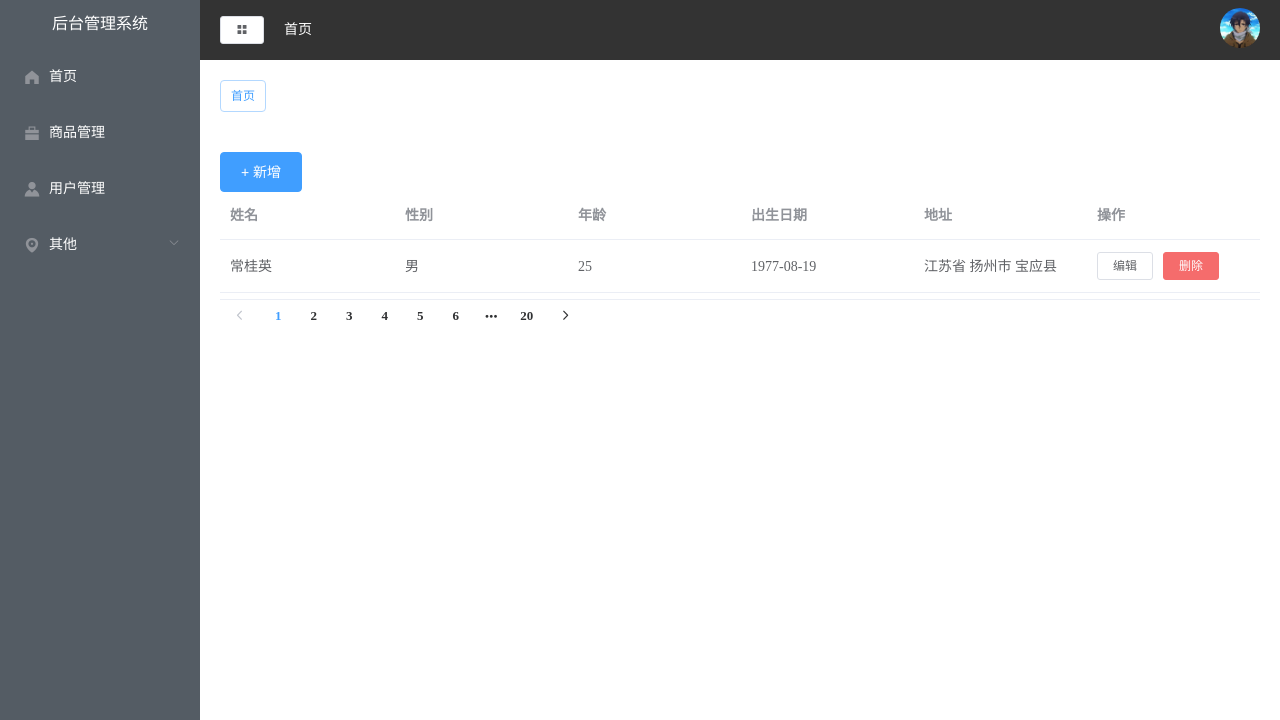
Repository: ldqml/ldqml.github.io
Page: /#/user
These files come from the project's save history. The page is drawn as it stood at one moment and after the next save; the edit follows.
The browser window is 1280 px wide. The pictures show the whole page.
The project was rebuilt for these pictures with package versions that can differ from the ones it lists, and the page was loaded fresh each time. Also part of the build but not shown: vue.config.js, src/views/Home.vue, src/views/Mall.vue, src/views/PageOne.vue, src/views/PageTwo.vue.

Above is the page before, as saved 2022-11-11 17:17:40.

### src/main.js
import Vue from 'vue'
import App from './App.vue'
import ElementUi from 'element-ui'
import 'element-ui/lib/theme-chalk/index.css'
import router from './router'
import store from './store'
import './api/mock'

Vue.use(ElementUi)
Vue.config.productionTip = false

new Vue({
  router,
  store,
  render: h => h(App),
}).$mount('#app')

### src/App.vue
<template>
  <div id="app">
    <!-- <el-row>
      <el-button disabled>默认按钮</el-button>
      <el-button type="primary" disabled>主要按钮</el-button>
      <el-button type="success" disabled>成功按钮</el-button>
      <el-button type="info" disabled>信息按钮</el-button>
      <el-button type="warning" disabled>警告按钮</el-button>
      <el-button type="danger" disabled>危险按钮</el-button>
    </el-row> -->
    <router-view></router-view>
  </div>
</template>

<script>
export default {
  name: "App",
  components: {},
};
</script>

<style lang="less">
html, body,h3,p{
  margin: 0;
  padding: 0;
}
</style>

### src/router/index.js
import Vue from 'vue'
import VueRouter from 'vue-router'
import User from '../views/User.vue'
import Home from '../views/Home.vue'
import Main from '../views/Main.vue'
import Mall from '../views/Mall.vue'
import PageOne from '../views/PageOne.vue'
import PageTwo from '../views/PageTwo.vue'

Vue.use(VueRouter)

const routes = [
    {
        path:'/',
        component:Main,
        redirect:'/home',
        children:[
            {
                path:'/',
                name:'home',
                component: Home
            },
            {
                path:'/user',
                name:'user',
                component: User
            },
            {
                path:'/mall',
                name:'mall',
                component: Mall
            },
            {
                path:'/page1',
                name:'page1',
                component: PageOne
            },
            {
                path:'/page2',
                name:'page2',
                component: PageTwo
            }
        ]
    }
]

const router = new VueRouter({
    routes
})

export default router

### src/store/index.js
import Vue from 'vue'
import Vuex from 'vuex'
import tab from './tab'

Vue.use(Vuex)

export default new Vuex.Store({
    modules:{
        tab
    }
})

### src/api/mock.js
import Mock from 'mockjs'
import homeApi from './mockServe/home'
import userApi from './mockServe/user'

Mock.mock('/api/home/getDate',homeApi.getStateDate)
Mock.mock('/api/user/add','post',userApi.createUser)
Mock.mock('/api/user/edit','post',userApi.updateUser)
Mock.mock('/api/user/del','post',userApi.deleteUser)
Mock.mock(/api\/user\/getUser/,userApi.getUserList)

### src/views/User.vue
<template>
  <div class="manage">
    <el-dialog
      title="提示"
      :visible.sync="dialogVisible"
      width="35%"
      :before-close="handleClose"
    >
      <el-form
        ref="form"
        :rules="rules"
        :inline="true"
        :model="form"
        label-width="80px"
      >
        <el-form-item label="姓名" prop="name">
          <el-input placeholder="请输入姓名" v-model="form.name"></el-input>
        </el-form-item>
        <el-form-item label="年龄" prop="age">
          <el-input placeholder="请输入年龄" v-model="form.age"></el-input>
        </el-form-item>
        <el-form-item label="性别" prop="sex">
          <el-select v-model="form.sex" placeholder="请选择">
            <el-option label="男" :value="1"></el-option>
            <el-option label="女" :value="0"></el-option>
          </el-select>
        </el-form-item>
        <el-form-item label="出生日期" prop="birth">
          <el-col :span="11">
            <el-date-picker
              type="date"
              placeholder="选择日期"
              v-model="form.birth"
              value-format="yyyy-MM-dd"
            ></el-date-picker>
          </el-col>
        </el-form-item>
        <el-form-item label="地址" prop="addr">
          <el-input placeholder="请输入地址" v-model="form.addr"></el-input>
        </el-form-item>
      </el-form>
      <span slot="footer" class="dialog-footer">
        <el-button @click="canc">取 消</el-button>
        <el-button type="primary" @click="submit">确 定</el-button>
      </span>
    </el-dialog>
    <div class="manage-header">
      <el-button @click="newMessage()" type="primary"> + 新增 </el-button>
    </div>
    <div class="common-tabel">
          <el-table height="90%" :data="tableData" style="width: 100%">
        <el-table-column prop="name" label="姓名"> </el-table-column>
        <el-table-column prop="sex" label="性别">
          <template slot-scope="scope">
            <span>
              {{ scope.row.sex == 1 ? "男" : "女" }}
            </span>
          </template>
        </el-table-column>
        <el-table-column prop="age" label="年龄"> </el-table-column>
        <el-table-column prop="birth" label="出生日期"> </el-table-column>
        <el-table-column prop="addr" label="地址"> </el-table-column>
        <el-table-column prop="sex" label="操作">
          <template slot-scope="scope">
            <el-button size="mini" @click="handleEdit(scope.row)"
              >编辑</el-button
            >
            <el-button
              type="danger"
              size="mini"
              @click="handleDelete(scope.row)"
              >删除</el-button
            >
          </template>
        </el-table-column>
    </el-table>
    <div class="pager">
      <el-pagination
    layout="prev, pager, next"
    :total="total"
    @current-change='handlePage'>
    </el-pagination>
    </div>
    </div>
  </div>
</template>
<script>
import { getUser, addUser, editUser, delUser } from "../api";
export default {
  data() {
    return {
      dialogVisible: false,
      form: {
        name: "",
        age: "",
        sex: "",
        birth: "",
        addr: "",
      },
      rules: {
        name: [{ required: true, message: "请输入姓名" }],
        age: [{ required: true, message: "请输入年龄" }],
        sex: [{ required: true, message: "请选择性别" }],
        birth: [{ required: true, message: "请选择生日" }],
        addr: [{ required: true, message: "请输入地址" }],
      },
      tableData: [],
      editOrNew: 0,
      total : 0,
      pageData:{
        page:1,
        limit:10
      }
    };
  },
  methods: {
    submit() {
      this.$refs.form.validate((valid) => {
        if (valid) {
          if (this.editOrNew === 0) {
            addUser(this.form).then(() => {
              this.getList();
            });
          } else {
            editUser(this.form).then(() => {
              this.getList();
            });
          }
          this.$refs.form.resetFields();
          this.dialogVisible = false;
        }
      });
    },
    handleClose() {
      this.$refs.form.resetFields(), (this.dialogVisible = false);
    },
    canc() {
      this.handleClose();
    },
    handleEdit(row) {
      this.editOrNew = 1;
      this.dialogVisible = true;
      this.form = JSON.parse(JSON.stringify(row));
    },
    handleDelete(row) {
      this.$confirm("此操作将永久删除信息, 是否继续?", "提示", {
        confirmButtonText: "确定",
        cancelButtonText: "取消",
        type: "warning",
      })
        .then(() => {
          delUser({ id: row.id }).then(() => {
            this.$message({
              type: "success",
              message: "删除成功!",
            });
            this.getList();
          });
        })
        .catch(() => {
          this.$message({
            type: "info",
            message: "已取消删除",
          });
        });
    },
    newMessage() {
      this.dialogVisible = true;
      this.editOrNew = 0;
    },
    getList() {
      getUser({params:this.pageData}).then(({ data }) => {
        console.log(data);
        this.tableData = data.list;
        this.total = data.count || 0;
      });
    },
    handlePage(val){
      this.pageData.page = val
      this.getList()
    }
  },
  mounted() {
    this.getList();
  },
};
</script>

<style lang="less" scoped>
.manage{
  height: 90%;
}
</style>

### src/views/Main.vue
<template>
  <div>
    <el-container>
      <el-aside width="auto">
        <com-aside></com-aside>
      </el-aside>
      <el-container>
        <el-header>
          <com-header></com-header>
        </el-header>
        <common-tag></common-tag>
        <el-main>
            <router-view></router-view>
        </el-main>
      </el-container>
    </el-container>
  </div>
</template>
<script>
import ComAside from '../components/ComAside.vue'
import ComHeader from '../components/ComHeader.vue'
import CommonTag from '../components/CommonTag.vue'
export default {
  data() {
    return {}
  },
  components:{
    ComAside,
    ComHeader,
    CommonTag
  }
};
</script>

<style scoped>
.el-header{
  padding: 0;
}
</style>

### src/store/tab.js
export default{
    state:{
        isCollapse:false,
        tabsList:[
            {
                path: '/',
                name: 'home',
                label: '首页',
                icon: 's-home',
                url: 'Home/Home'
              }
        ]
    },
    mutations:{
        collapseMenu(state){
            state.isCollapse= !state.isCollapse
        },
        selectMenu(state,val){
            if(val.name !== 'home'){
                const index = state.tabsList.findIndex(item => item.name === val.name);
                if(index === -1){
                    state.tabsList.push(val)
                }
            }
        },
        closeTag(state,item){
            console.log(item,'item')
            const index = state.tabsList.findIndex(val => val.name === item.name)
            state.tabsList.splice(index,1)
        }
    }
}

### src/api/mockServe/home.js
import Mock from 'mockjs'

let List = []
export default {
    getStateDate:()=>{
        for(let i=0; i<7;i++){
            List.push(
                Mock.mock({
                    苹果:Mock.Random.float(100,8000,0,0),
                    vivo:Mock.Random.float(100,8000,0,0),
                    OPPO:Mock.Random.float(100,8000,0,0),
                    华为:Mock.Random.float(100,8000,0,0),
                    三星:Mock.Random.float(100,8000,0,0),
                    小米:Mock.Random.float(100,8000,0,0)
                })
            )
        }
        return {
            code:20000,
            data:{
                videData:[
                    {
                        name:'小米',
                        value:2999
                    },
                    {
                        name:'苹果',
                        value:2000
                    },
                    {
                        name:'vivo',
                        value:1699
                    },
                    {
                        name:'OPPO',
                        value:4999
                    },
                    {
                        name:'华为',
                        value:3699
                    },
                    {
                        name:'三星',
                        value:2499
                    }
                ],
                userData:[
                    {
                        date:'周一',
                        new:5,
                        active:200
                    },
                    {
                        date:'周二',
                        new:5,
                        active:500
                    },
                    {
                        date:'周三',
                        new:20,
                        active:550
                    },
                    {
                        date:'周四',
                        new:66,
                        active:600
                    },
                    {
                        date:'周五',
                        new:20,
                        active:100
                    },
                    {
                        date:'周六',
                        new:65,
                        active:400
                    },
                    {
                        date:'周日',
                        new:10,
                        active:300
                    }
                ],
                orderData:{
                    date:[],
                    data:List
                },
                tableData:[
                    {
                        name:'vivo',
                        todayBuy:200,
                        monthBuy:550,
                        totalBuy:22400
                    },
                    {
                        name:'OPPO',
                        todayBuy:300,
                        monthBuy:250,
                        totalBuy:29400
                    },
                    {
                        name:'苹果',
                        todayBuy:100,
                        monthBuy:150,
                        totalBuy:42400
                    },
                    {
                        name:'三星',
                        todayBuy:400,
                        monthBuy:450,
                        totalBuy:12400
                    },
                    {
                        name:'华为',
                        todayBuy:400,
                        monthBuy:650,
                        totalBuy:32400
                    },
                    {
                        name:'小米',
                        todayBuy:300,
                        monthBuy:450,
                        totalBuy:62400
                    }
                ]
            }
        }
    }
}

### src/api/mockServe/user.js
import Mock from "mockjs";

function param2Obj(url){
    const search = url.split('?')[1]
    if(!search){
        return {}
    }
    return JSON.parse(
        '{"'+
        decodeURIComponent(search)
        .replace(/"/g, '\\"')
        .replace(/&/g,'","')
        .replace(/=/g,'":"') +
        '"}'
    )
}

let List = []
const count = 200
for(let i = 0; i < count; i++){
    List.push(
        Mock.mock({
            id:Mock.Random.guid(),
            name:Mock.Random.cname(),
            addr:Mock.mock('@county(true)'),
            'age|18-60':1,
            birth:Mock.Random.date(),
            sex:Mock.Random.integer(0,1)
        })
    )
}

export default {
    getUserList: config =>{
        const {name,page =1,limit =20} = param2Obj(config.url)
        console.log('name:'+name,'page:'+page,'分页大小limit:' +limit)
        const mockList = List.filter(user=>{
            if(name&&user.name.indexOf(name)===-1&&user.addr.indexOf(name)===-1) return false
            return true
        })
        const pageList =mockList.filter((item,index)=>index<limit*page&&index>=limit*(page-1))
        return{
            code:20000,
            count:mockList.length,
            list:pageList
        }
    },
    createUser:config=>{
        const {name,addr,age,birth,sex} = JSON.parse(config.body)
        console.log(JSON.parse(config.body))
        List.unshift({
            id:Mock.Random.guid(),
            name:name,
            addr:addr,
            age:age,
            birth:birth,
            sex:sex
        })
        return{
            code:20000,
            date:{
                message:'添加成功'
            }
        }
    },
    deleteUser:config=>{
        const {id} = JSON.parse(config.body)
        if(!id){
            return{
                code:-999,
                message:'参数不正确'
            }
        }else{
            List= List.filter(u => u.id !== id)
            return{
                code:20000,
                message:'删除成功'
            }
        }
    },
    batchremove:config=>{
        let {ids} = param2Obj(config.url)
        ids = ids.split(',')
        List = List.filter(u => !ids.includes(u.id))
        return{
            code:20000,
            data:{
                message:'批量删除成功'
            }
        }
    },
    updateUser:config=>{
        const {id,name,addr,birth,sex,age} = JSON.parse(config.body)
        const sex_num = parseInt(sex)
        List.some(u =>{
            if(u.id === id){
                u.name = name
                u.addr = addr
                u.birth = birth
                u.sex = sex_num
                u.age = age
                return true
            }
        })
        return{
            code:20000,
            data:{
                message:'编辑成功'
            }
        }
    }
}

### src/api/index.js
import http from './request'

export const getDate =() =>{
    return http.get('/home/getDate')
}

export const getUser =(params) =>{
    return http.get('/user/getUser',params)
}

export const addUser =(data) =>{
    return http.post('/user/add',data)
}

export const editUser =(data) =>{
    return http.post('/user/edit',data)
}

export const delUser =(data) =>{
    return http.post('/user/del',data)
}

### src/components/ComAside.vue
<template>
  <el-menu
    default-active="1-4-1"
    class="el-menu-vertical-demo"
    @open="handleOpen"
    @close="handleClose"
    :collapse="isCollapse"
    background-color="#545c64"
    text-color="#fff"
    active-text-color="#ffd04b"
  >
    <h3>{{isCollapse ? '后台' : '后台管理系统'}}</h3>
    <el-menu-item @click="toPage(item)" v-for="item in noChildren" :key='item.name' :index="item.name">
      <i :class="`el-icon-${item.icon}`"></i>
      <span slot="title">{{item.label}}</span>
    </el-menu-item>
    <el-submenu v-for="item in hasChildren" :key="item.label" :index="item.label">
      <template slot="title">
        <i class="el-icon-location"></i>
        <span slot="title">{{item.label}}</span>
      </template>
      <el-menu-item-group>
        <el-menu-item @click="toPage(subitem)" v-for="subitem in item.children" :key="subitem.name" :index="subitem.name">{{subitem.label}}</el-menu-item>
      </el-menu-item-group>
    </el-submenu>
  </el-menu>
</template>

<style lang="less" scoped>
.el-menu-vertical-demo:not(.el-menu--collapse) {
  width: 200px;
  min-height: 400px;
}
.el-menu{
  height: 100vh;
  h3{
    color: #fff;
    text-align: center;
    line-height: 48px;
    font-size: 16px;
    font-weight: 400;
  }
}
</style>

<script>
export default {
  data() {
    return {
      menuDate:[
        {
          path: '/',
          name: 'home',
          label: '首页',
          icon: 's-home',
          url: 'Home/Home'
        },
        {
          path: '/mall',
          name: 'mall',
          label: '商品管理',
          icon: 's-cooperation',
          url: 'MallManage/MallManage'
        },
        {
          path: '/user',
          name: 'user',
          label: '用户管理',
          icon: 's-custom',
          url: 'UserManage/UserManage'
        },
        {
          label: '其他',
          icon: 'location',
          children: [
            {
              path: '/page1',
              name: 'page1',
              label: '首页1',
              icon: 'setting',
              url: 'Other/PageOne'
            },
            {
              path: '/page2',
              name: 'page2',
              label: '首页2',
              icon: 'setting',
              url: 'Other/PageTwo'
            }
          ]
        }
      ]
    };
  },
  methods: {
    handleOpen(key, keyPath) {
      console.log(key, keyPath);
    },
    handleClose(key, keyPath) {
      console.log(key, keyPath);
    },
    toPage(item){
      if(this.$route.path != item.path && !(this.$route.path === '/home' && (item.path === '/'))){
        this.$router.push(item.path)
      }
      this.$store.commit('selectMenu',item)
    }
  },
  computed:{
    noChildren(){
        return this.menuDate.filter(item => !item.children)
    },
    hasChildren(){
        return this.menuDate.filter(item => item.children)
    },
    isCollapse(){
      return this.$store.state.tab.isCollapse
    }
  }
};
</script>

<style lang="less" scoped>
.el-menu{
  border-right: none;
}
</style>

### src/components/ComHeader.vue
<template>
  <div class="header-container">
    <div class="l-content">
      <el-button style="margin-right:20px" @click="handMenu" icon="el-icon-menu" size="mini"></el-button>
      <el-breadcrumb separator="/">
        <el-breadcrumb-item v-for="item in tags" :key="item.path" :to="{ path: item.path }">{{item.label}}</el-breadcrumb-item>
      </el-breadcrumb>
    </div>
    <div class="r-content">
      <el-dropdown>
        <span class="el-dropdown-link">
          <img class="user" src="../images/1.jpeg" alt="" />
        </span>
        <el-dropdown-menu slot="dropdown">
          <el-dropdown-item>个人中心</el-dropdown-item>
          <el-dropdown-item>退出</el-dropdown-item>
        </el-dropdown-menu>
      </el-dropdown>
    </div>
  </div>
</template>
<script>
import {mapState} from 'vuex'
export default {
  data() {
    return {};
  },
  methods: {
    handMenu() {
      this.$store.commit("collapseMenu");
    },
  },
  computed:{
    ...mapState({
      tags:state=>state.tab.tabsList
    })
  }
};
</script>

<style lang="less" scoped>
.header-container {
  padding: 0 20px;
  background-color: #333;
  height: 60px;
  display: flex;
  justify-content: space-between;
  align-items: center;
  .text {
    color: #fff;
    font-size: 14px;
    margin-left: 10px;
  }
  .r-content {
    .user {
      width: 40px;
      height: 40px;
      border-radius: 50%;
    }
  }
  .l-content {
    display: flex;
    align-items: center;
    /deep/.el-breadcrumb__item{
      .el-breadcrumb__inner{
        font-weight: normal;
        &.is-link{
          color: #666;
        }
      }
      &:last-child{
        .el-breadcrumb__inner{
          color: #fff;
        }
      }
    }
  }
}
</style>

### src/components/CommonTag.vue
<template>
  <div class="tabs">
    <el-tag
      v-for="(item,index) in tags"
      :key="item.path"
      :closable="item.name !== 'home'"
      :type="item.type"
      :effect="$route.name === item.name ? 'dark' : 'plain'"
      @click="changMenu(item)"
      @close="handleClose(item,index)"
    >
      {{ item.label }}
    </el-tag>
  </div>
</template>

<script>
import {mapState} from 'vuex'
import {mapMutations} from 'vuex'
export default {
    name:'ComTag',
    data() {
        return {

        }
    },
    computed:{
        ...mapState({
            tags:state=>state.tab.tabsList
        })
    },
    methods:{
      ...mapMutations(['closeTag']),
      changMenu(item){
        this.$router.push({name:item.name})
      },
      handleClose(item,index){
        this.closeTag(item)
        const length = this.tags.length
        if(item.name !== this.$route.name){
          return
        }
        if(index == length){
          this.$router.push({
            name:this.tags[index-1].name
          })
        }else{
          this.$router.push({
            name:this.tags[index].name
          })
        }
      }
    }
}
</script>

<style lang="less" scoped>
.tabs{
  padding: 20px;
  .el-tag{
    margin-right: 15px;
    cursor: pointer;
  }
}
</style>

### src/api/request.js
import axios from "axios";

const http = axios.create({
    baseURL:'/api',
    timeout:5000
})

http.interceptors.request.use(function(config){
    return config
},function(error){
    return Promise.reject(error)
})

http.interceptors.response.use(function(response){
    return response
},function(error){
    return Promise.reject(error)
})
export default http

Loaded but not shown: public/index.html (common file)

After the next save:
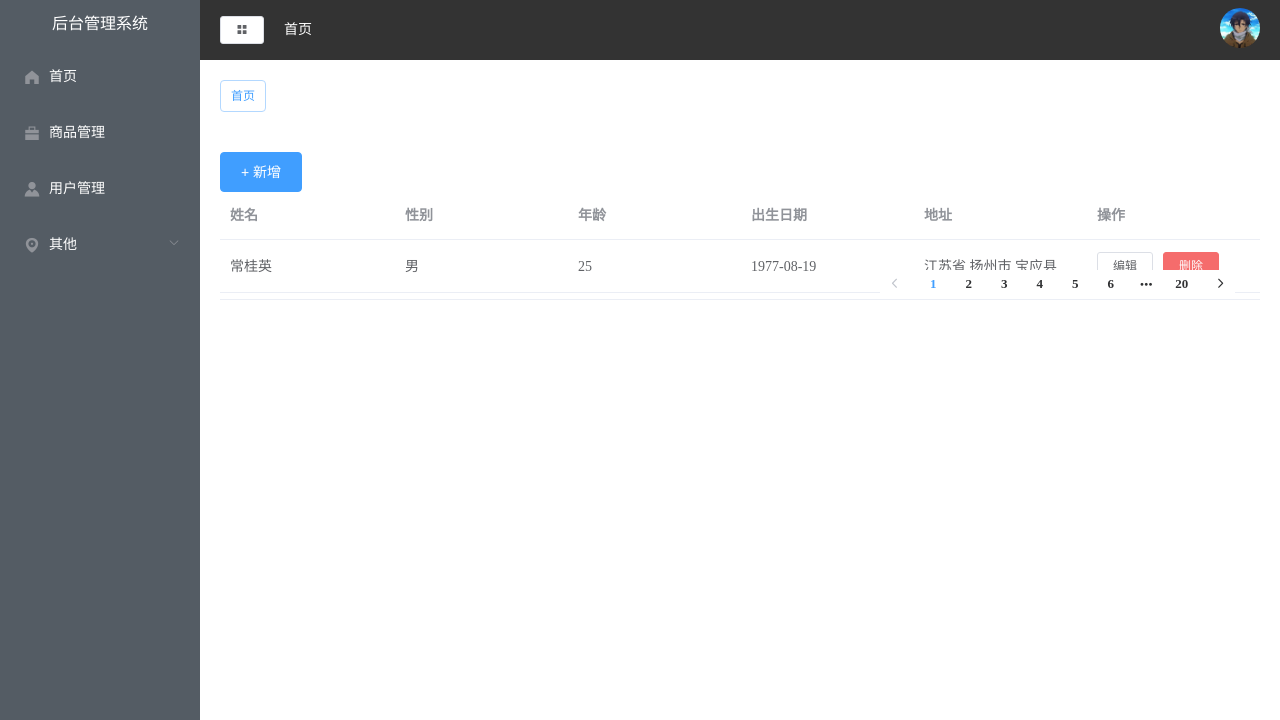
Saved 3 min 6 s later.
--- a/src/views/User.vue
+++ b/src/views/User.vue
@@ -48,7 +48,7 @@
       <el-button @click="newMessage()" type="primary"> + 新增 </el-button>
     </div>
     <div class="common-tabel">
-          <el-table height="90%" :data="tableData" style="width: 100%">
+      <el-table height="90%" :data="tableData" style="width: 100%">
         <el-table-column prop="name" label="姓名"> </el-table-column>
         <el-table-column prop="sex" label="性别">
           <template slot-scope="scope">
@@ -73,14 +73,15 @@
             >
           </template>
         </el-table-column>
-    </el-table>
-    <div class="pager">
-      <el-pagination
-    layout="prev, pager, next"
-    :total="total"
-    @current-change='handlePage'>
-    </el-pagination>
-    </div>
+      </el-table>
+      <div class="pager">
+        <el-pagination
+          layout="prev, pager, next"
+          :total="total"
+          @current-change="handlePage"
+        >
+        </el-pagination>
+      </div>
     </div>
   </div>
 </template>
@@ -106,11 +107,11 @@ export default {
       },
       tableData: [],
       editOrNew: 0,
-      total : 0,
-      pageData:{
-        page:1,
-        limit:10
-      }
+      total: 0,
+      pageData: {
+        page: 1,
+        limit: 10,
+      },
     };
   },
   methods: {
@@ -169,16 +170,16 @@ export default {
       this.editOrNew = 0;
     },
     getList() {
-      getUser({params:this.pageData}).then(({ data }) => {
+      getUser({ params: this.pageData }).then(({ data }) => {
         console.log(data);
         this.tableData = data.list;
         this.total = data.count || 0;
       });
     },
-    handlePage(val){
-      this.pageData.page = val
-      this.getList()
-    }
+    handlePage(val) {
+      this.pageData.page = val;
+      this.getList();
+    },
   },
   mounted() {
     this.getList();
@@ -187,7 +188,15 @@ export default {
 </script>
 
 <style lang="less" scoped>
-.manage{
+.manage {
   height: 90%;
+  .common-tabel{
+    position: relative;
+    .pager{
+      position: absolute;
+      bottom: 0;
+      right: 20px;
+    }
+  }
 }
 </style>
